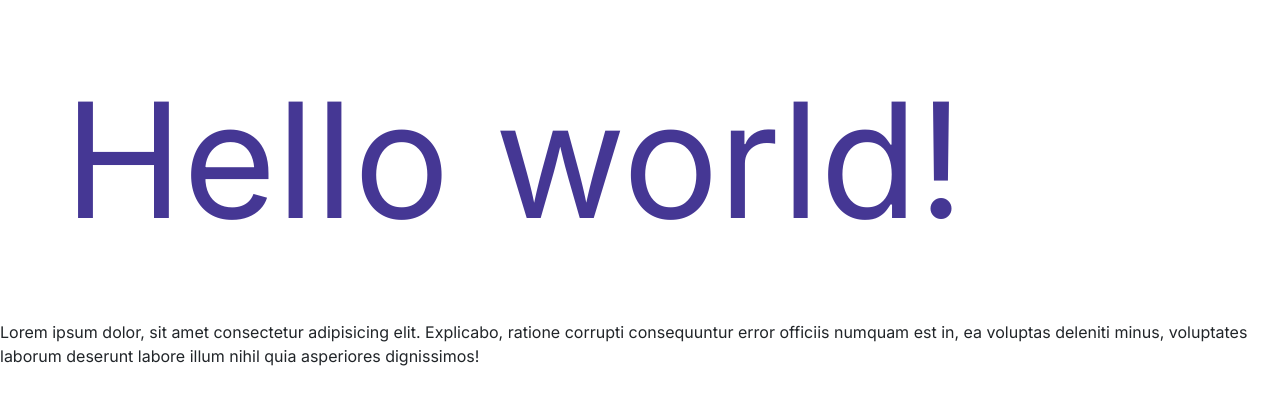
Repository: badhon252/Foodco
Page: index.html
The author's editor kept a copy of each file at every save. The page is drawn from the files as they stood at one save, then again after the next save.
The browser window is 1280 px wide. The pictures show the whole page.
The style sheet was rebuilt from its Sass, Less or Tailwind sources for each picture, by a compiler version that may differ from the author's.

Above is the page before, as saved 2022-09-19 22:36:55.

### index.html
<!DOCTYPE html>
<html lang="en">

<head>
    <meta charset="UTF-8">
    <meta http-equiv="X-UA-Compatible" content="IE=edge">
    <meta name="viewport" content="width=device-width, initial-scale=1.0">
    <!-- bootstrap cdn link  -->
    <!-- I'm using bootstrap 5 for this project, Let's code!  -->
    <!-- CSS only -->
    <link href="https://cdn.jsdelivr.net/npm/bootstrap@5.2.1/dist/css/bootstrap.min.css" rel="stylesheet"
        integrity="sha384-iYQeCzEYFbKjA/T2uDLTpkwGzCiq6soy8tYaI1GyVh/UjpbCx/TYkiZhlZB6+fzT" crossorigin="anonymous">

    <link rel="stylesheet" href="scss/style.css">
    <title>FoodCo</title>
</head>

<body>
    <!--
    <main id="header">
        <header class="container">

            <nav class="navbar navbar-expand-lg py-3">
                <div class="container-fluid">
                    <a class="navbar-brand" href="#"><img src="./image/logo.svg" alt=""></a>
                    <button class="navbar-toggler" type="button" data-bs-toggle="collapse" data-bs-target="#navbarNav"
                        aria-controls="navbarNav" aria-expanded="false" aria-label="Toggle navigation">
                        <span class="navbar-toggler-icon"></span>
                    </button>
                    <div class="collapse navbar-collapse" id="navbarNav">
                        <ul class="navbar-nav ms-auto py-3">
                            <li class="nav-item">
                                <a class="nav-link active" aria-current="page" href="#">Vouchers</a>
                            </li>
                            <li class="nav-item">
                                <a class="nav-link" href="#">Features</a>
                            </li>
                            <li class="nav-item">
                                <a class="nav-link" href="#">Pricing</a>
                            </li>
                            <li class="nav-item">
                                <a class="nav-link" href="">Blog</a>
                            </li>
                            <button class="btn">Contact us</button>
                        </ul>
                    </div>
                </div>
            </nav>

            <div class="header-content my-5">
                <div class="row">
                    <div class="col-lg-4 left_h_c">
                        <h1 class="my-3">All-time <span>Highest</span> Rated Recipes</h1>
                        <p class="my-5">We source sustainable & line caught <br> seafood, as well as live crustaceans
                            <br>
                            everyday.
                        </p>
                        <div class="app-link">
                            <img class="img-fluid" src="./image/app_store.svg" alt="">
                            <img class="img-fluid mx-3" src="./image/Playstore.svg" alt="">
                        </div>
                    </div>
                    <div class="col-lg-8 right_h_c py-5">
                        <div class="card">
                            <img src="./image/Group 18525.svg" alt="" class="ms-auto head-avatar">
                            <img src="image/image-405@2x.png" alt="" class="burger">
                            <img src="image/Frame 1.svg" alt="" class="order-card">
                            <img src="image/Frame 4167.svg" alt="" class="food-card">
                        </div>
                    </div>
                </div>
            </div>
        </header>
    </main> -->

    <!--
    <section class="second-section container">
        <div class="row py-5">
            <img src="./image/image 138.svg" alt="" class="col">
            <img src="./image/image 139.svg" alt="" class="col">
            <img src="./image/image 140.svg" alt="" class="col">
            <img src="./image/image 141.svg" alt="" class="col">
            <img src="./image/image 142.svg" alt="" class="col">
            <img src="./image/image 143.svg" alt="" class="col">
            <img src="./image/image 144.svg" alt="" class="col">
        </div>
    </section> -->

    <!-- <section class="third-section container">
        <h5 class="mt-4">Who We are</h5>
        <h2 class="my-4">Creating Events to Remember</h2>
        <article class="my-4">
            At White Table Catering, we are passionate about creating <br> meaningful celebrations and memorable
            occasions.
        </article>
        <div class="foot_items my-5">
            <div class="row">
                <div class="col-lg-4">
                    <img src="./image/rectangle-37992@2x.png" class="img-fluid" alt="">
                    <article class="px-3 py-5">
                        On branch level, you can specify which items and options to show as well as you can specify
                        their
                        prices.
                    </article>
                    <button class="btn btn-outline-dark">Explore</button>
                </div>
                <div class="col-lg-4">
                    <img src="./image/rectangle-3799@2x.png" class="img-fluid" alt="">
                    <article class="px-3 py-5">
                        Add your branches and their locations so your customers can find them for pickup orders.
                    </article>
                    <button class="btn ">Explore</button>
                </div>
                <div class="col-lg-4">
                    <img src="./image/rectangle-37991@2x.png" class="img-fluid" alt="">
                    <article class="px-3 py-5">
                        Link each branch with the zones it delivers to and define delivery fees and minimum order
                        for
                        each zone.
                    </article>
                    <button class="btn">Explore</button>
                </div>
            </div>
        </div>
    </section> -->


    <h1 class="hello-world">Hello world!</h1>
    <p id="para">Lorem ipsum dolor, sit amet consectetur adipisicing elit. Explicabo, ratione corrupti consequuntur
        error officiis
        numquam est in, ea voluptas deleniti minus, voluptates laborum deserunt labore illum nihil quia asperiores
        dignissimos!</p>



    <!-- bootstrap@5 js link  -->
    <script src="index.js"></script>
</body>

</html>

### scss/style.scss
@import url("https://fonts.googleapis.com/css2?family=Inter:wght@400;600;700;800;900&display=swap");
@font-face {
  font-family: circular;
  src: url(../fonts/Circular_Std_Font.otf);
}
@font-face {
  font-family: AirbnbCereal_W_Bd;
  src: url(../fonts/AirbnbCereal_W_Bd.otf);
}
@font-face {
  font-family: AirbnbCereal_W_Bk;
  src: url(../fonts//AirbnbCereal_W_Bk.otf);
}
@font-face {
  font-family: AirbnbCereal_W_Blk;
  src: url(../fonts/AirbnbCereal_W_Blk.otf);
}
@font-face {
  font-family: AirbnbCereal_W_Lt;
  src: url(../fonts/AirbnbCereal_W_Lt.otf);
}
@font-face {
  font-family: AirbnbCereal_W_Md;
  src: url(../fonts/AirbnbCereal_W_Md.otf);
}
@font-face {
  font-family: AirbnbCereal_W_XBd;
  src: url(../fonts/AirbnbCereal_W_XBd.otf);
}
* {
  margin: 0;
  padding: 0;
  box-sizing: border-box;
  font-family: "Inter", sans-serif;
  //   font-family: circular;
}
// .container {
//   margin: 2rem 14rem;
// }
// .btn,
// .link {
//   cursor: pointer;
// }
.link {
  text-decoration: none;
  color: #453794;
}
.btn {
  outline: none;
  border: none;
  padding: 12px 25px;
  font-size: 1rem;
  font-weight: 400;
}
.active {
  color: #353237 !important;
}
li {
  list-style-type: none;
}
.py-1 {
  padding: 1rem 0;
}
.py-2 {
  padding: 2rem 0;
}
.py-3 {
  padding: 3rem 0;
}
.py-4 {
  padding: 4rem 0;
}
.my-1 {
  margin: 1rem 0;
}
.my-1 {
  margin: 1rem 0;
}
.my-2 {
  margin: 2rem 0;
}
.my-3 {
  margin: 3rem 0;
}
.my-4 {
  margin: 4rem 0;
}
.my-5 {
  margin: 5rem 0;
}

// =======================
//===========================
#header {
  background-color: #fff5f2;

  .navbar {
    .navbar-nav {
      align-items: center;
      .nav-item {
        margin: 0 1.5rem;
        .nav-link {
          font-weight: 500;
          font-size: 1rem;
          line-height: 20px;
          text-transform: uppercase;
          color: #9a97a1;
          //   color: #353237;
          &:hover {
            color: #353237;
          }
        }
      }
      .btn {
        background-color: #7b4cdf;
        border-radius: 20.5px;
        color: #fff;
        margin-left: 2rem;
        padding: 11px 21px;
      }
    }
  }

  .header-content {
    .left_h_c {
      align-self: center;
    }
    h1 {
      font-weight: 700;
      font-size: 56px;
      line-height: 66px;
      /* or 118% */
      color: #353237;
      span {
        color: #ff6b01;
      }
    }
    p {
      font-weight: 450;
      font-size: 18px;
      line-height: 28px;
      /* or 156% */
      color: #9a97a1;
    }
    .card {
      background: none;
      border: none;
      margin-bottom: 5rem;
      .head-avatar {
        position: relative;
        z-index: 11;
      }
      .burger,
      .order-card,
      .food-card {
        position: absolute;
        z-index: 11111;
      }
      .burger {
        width: 120px;
        height: auto;
        left: 230px;
        z-index: 1;
      }
      .order-card {
        // position: absolute;
        max-width: 300px;
        height: auto;
        top: 392px;
        left: 177px;
        bottom: 0;
      }
      .food-card {
        // position: absolute;
        right: -20px;
        bottom: -127px;
      }
    }
  }
}

.second-section {
  background-color: #fff;
  .row {
    display: flex;
  }
  img {
    max-width: 200px;
    height: auto;
    transition: 0.7s;
    filter: grayscale(100%) !important;
    &:hover {
      filter: grayscale(0%) !important;
    }
  }
}

.third-section {
  padding: 4rem 0;
  text-align: center;
  h5 {
    color: #ff6b01;
    font-size: 1rem;
    line-height: 20px;
  }
  h2 {
    font-family: "AirbnbCereal_W_Bd";
    font-style: normal;
    font-weight: 500;
    font-size: 36px;
    line-height: 47px;
    /* identical to box height */

    text-align: center;

    color: #353237;
  }
  article {
    font-family: "inter";
    font-style: normal;
    font-weight: 500;
    font-size: 1.2rem;
    line-height: 28px;
    color: #9a97a1;
  }
  .btn {
    border: 1px solid #7b4cdf;
    border-radius: 19.5px;
    padding: 10px 30px;
    font-weight: 600;
    &:hover {
      background: #7b4cdf;
      color: #fff;
    }
  }
}

.hello-world {
  color: #453794;
  font-size: 10rem;
  margin: 4rem;
}

Loaded but not shown: index.js (4197 lines, source omitted)

After the next save:
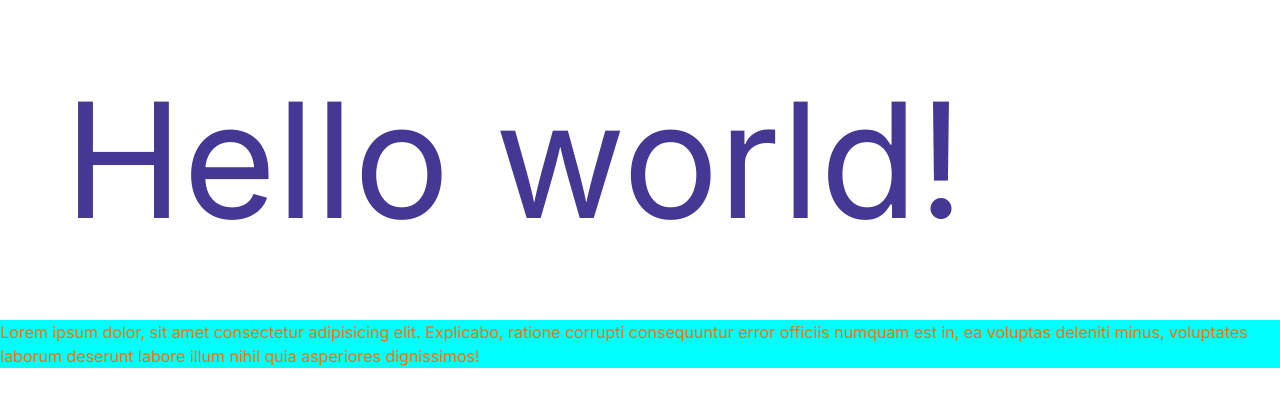
Saved 37 s later.
--- a/scss/style.scss
+++ b/scss/style.scss
@@ -240,3 +240,8 @@
   font-size: 10rem;
   margin: 4rem;
 }
+
+#para {
+  color: #ff6b01;
+  background-color: cyan;
+}
